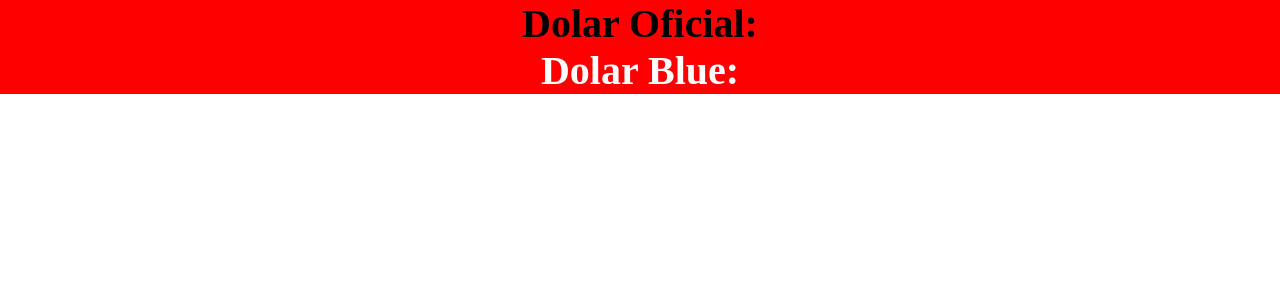
Repository: matias4633/Bill-Metal
Page: BillMetal/widget/BillMetal/index.html
An editor plug-in stored every save of this project. The page is shown before and after the next save, followed by the edit.
The browser window is 1280 px wide. The pictures show the whole page.
The page's requests for data from a server got no answer.

Above is the page before, as saved 2022-07-15 02:17:55.
Console error (its wording comes from the project's code and is left out).

After the next save:
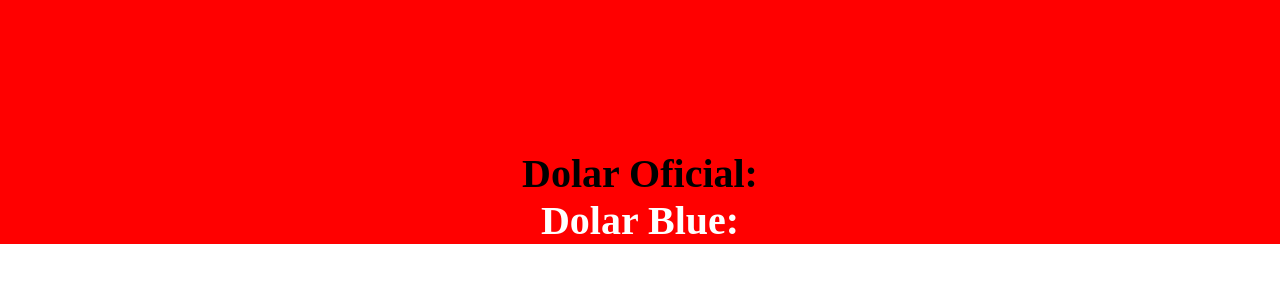
Saved 31 s later.
--- a/BillMetal/widget/BillMetal/css/style.css
+++ b/BillMetal/widget/BillMetal/css/style.css
@@ -22,7 +22,7 @@ p {
 #texto-oficial {
     font-weight: bold;
     font-size: 40px;
-
+	padding-top: 150px;
     vertical-align: text-bottom;
     margin: 0;
     text-align: center;
